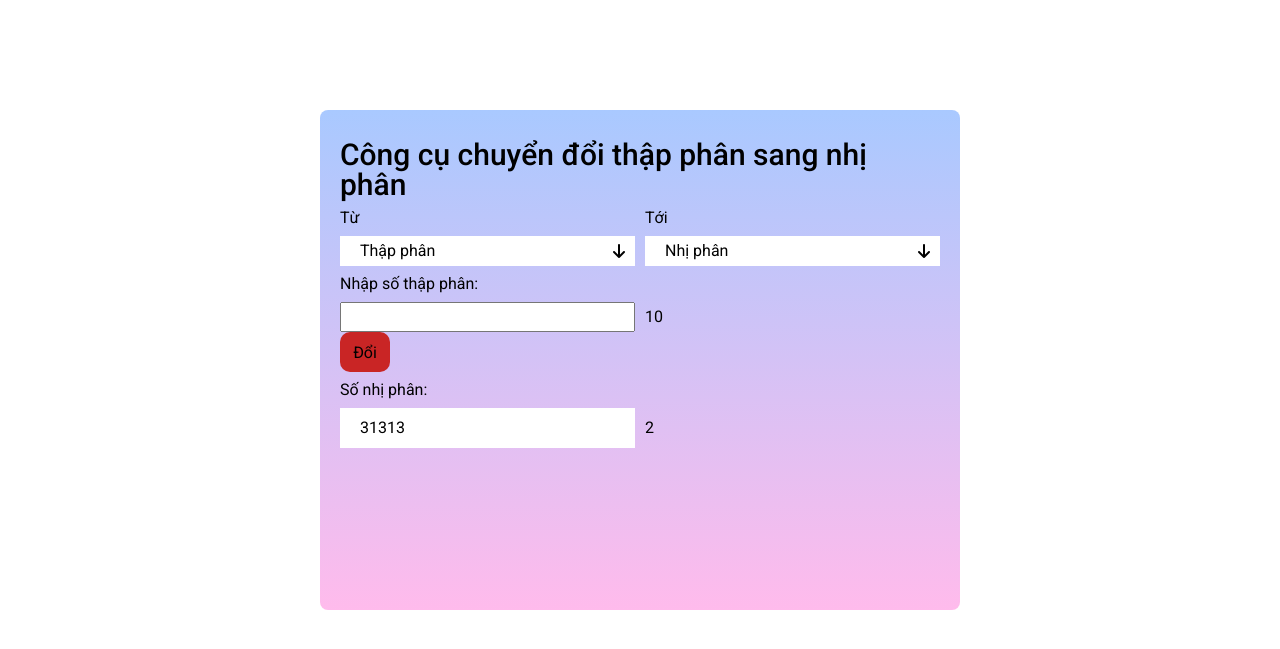
Repository: thuanpham00/covertNumber
Page: index.html
These files come from the project's save history. The page is drawn as it stood at one moment and after the next save; the edit follows.
The browser window is 1280 px wide. The pictures show the whole page.
Some web libraries are served in a nearby version. The style sheet was rebuilt from its Sass, Less or Tailwind sources for each picture, by a compiler version that may differ from the author's.

Above is the page before, as saved 2023-11-03 02:22:45.

### index.html
<!DOCTYPE html>
<html lang="en">
    <head>
        <meta charset="UTF-8" />
        <meta name="viewport" content="width=device-width, initial-scale=1.0" />
        <title>Convert Number</title>
        <link rel="stylesheet" href="./assets/css/main.css" />
        <link rel="preconnect" href="https://fonts.googleapis.com" />
        <link rel="preconnect" href="https://fonts.gstatic.com" crossorigin />
        <link
            href="https://fonts.googleapis.com/css2?family=Roboto:wght@400;500;700;900&display=swap"
            rel="stylesheet"
        />
        <script src="https://kit.fontawesome.com/3115b3f4f1.js"></script>
    </head>
    <body>
        <div class="container">
            <h1 class="title">Công cụ chuyển đổi thập phân sang nhị phân</h1>
            <div class="row">
                <span class="row__desc">Từ</span>
                <span class="row__desc">Tới</span>
            </div>
            <div class="row">
                <div class="row__type">
                    <div class="row__item">Thập phân</div>
                    <div class="row__icon">
                        <i class="fa-solid fa-arrow-down"></i>
                    </div>
                </div>
                <div class="row__type">
                    <div class="row__item">Nhị phân</div>
                    <div class="row__icon">
                        <i class="fa-solid fa-arrow-down"></i>
                    </div>
                </div>
            </div>
            <div class="container__wrapper">
                <div class="desc">Nhập số thập phân:</div>
                <form class="form">
                    <div class="row">
                        <input
                            type="text"
                            class="form__input"
                            name="numberInput"
                            required
                        />
                        <span>10</span>
                    </div>
                    <input type="submit" class="form__submit" value="Đổi" />
                </form>

                <div class="desc">Số nhị phân:</div>
                <div class="row">
                    <div class="result">
                        <span class="result__inner">31313</span>
                    </div>
                    <span>2</span>
                </div>
            </div>
        </div>
    </body>
</html>

### scss/main.scss
html,
body,
div,
span,
applet,
object,
iframe,
h1,
h2,
h3,
h4,
h5,
h6,
p,
blockquote,
pre,
a,
abbr,
acronym,
address,
big,
cite,
code,
del,
dfn,
em,
img,
ins,
kbd,
q,
s,
samp,
small,
strike,
strong,
sub,
sup,
tt,
var,
b,
u,
i,
center,
dl,
dt,
dd,
ol,
ul,
li,
fieldset,
form,
label,
legend,
table,
caption,
tbody,
tfoot,
thead,
tr,
th,
td,
article,
aside,
canvas,
details,
embed,
figure,
figcaption,
footer,
header,
hgroup,
menu,
nav,
output,
ruby,
section,
summary,
time,
mark,
audio,
video {
    margin: 0;
    padding: 0;
    border: 0;
    font-size: 100%;
    font: inherit;
    vertical-align: baseline;
}
/* HTML5 display-role reset for older browsers */
article,
aside,
details,
figcaption,
figure,
footer,
header,
hgroup,
menu,
nav,
section {
    display: block;
}
body {
    line-height: 1;
}
ol,
ul {
    list-style: none;
}
blockquote,
q {
    quotes: none;
}
blockquote:before,
blockquote:after,
q:before,
q:after {
    content: "";
    content: none;
}
table {
    border-collapse: collapse;
    border-spacing: 0;
}

*,
::after,
::before {
    box-sizing: border-box;
}

html {
    font-size: 62.5%;
}

body {
    background: #fff;
    font-size: 1.6rem;
    font-family: "Roboto", sans-serif;
}

input,
select,
textarea,
button {
    font-size: inherit;
    font-family: inherit;
}

.container {
    background-color: #a9c9ff;
    background-image: linear-gradient(180deg, #a9c9ff 0%, #ffbbec 100%);

    border-radius: 8px;
    padding: 10px 20px;
    height: 500px;
    position: absolute;
    top: 50%;
    left: 50%;
    transform: translate(-50%, -50%);

    .title {
        margin-top: 20px;
        font-size: 3rem;
        font-weight: 500;
    }

    .row {
        margin-top: 10px;
        display: grid;
        align-items: center;
        grid-template-columns: 1fr 1fr;
        column-gap: 10px;

        .row__type {
            display: flex;
            align-items: center;
            justify-content: space-between;
            padding-left: 20px;
            padding-right: 10px;
            height: 30px;
            width: 100%;
            background: #fff;

            pointer-events: none;

            > i {
                font-size: 0.6rem;
            }
        }

        .result {
            width: 100%;
            height: 40px;
            background: #fff;
            display: flex;
            align-items: center;
            padding-left: 20px;
        }
    }

    .desc {
        margin-top: 10px;
    }

    .form__input {
        height: 30px;
        padding: 5px 0px 5px 20px;
        outline: none;
    }

    .form__submit {
        width: 50px;
        height: 40px;
        border-radius: 10px;
        background: #c92525;
        outline: none;
        border: none;
    }
}

After the next save:
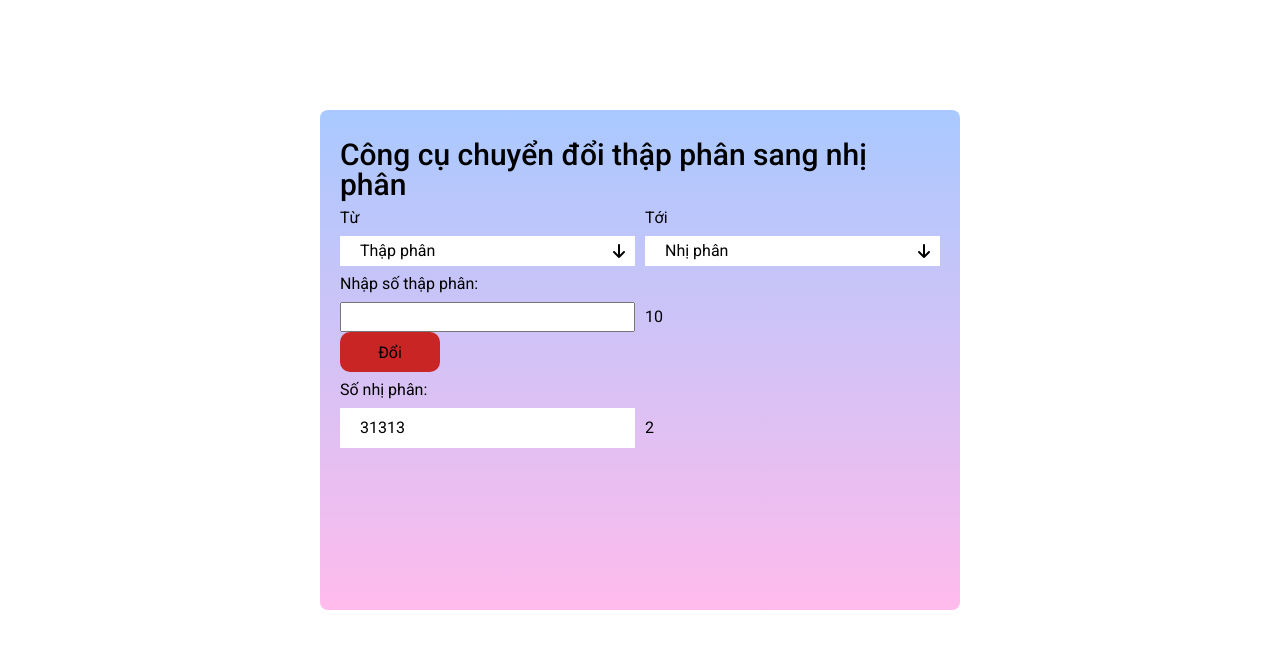
Saved 5 s later.
--- a/scss/main.scss
+++ b/scss/main.scss
@@ -210,7 +210,7 @@ button {
     }
 
     .form__submit {
-        width: 50px;
+        width: 100px;
         height: 40px;
         border-radius: 10px;
         background: #c92525;
